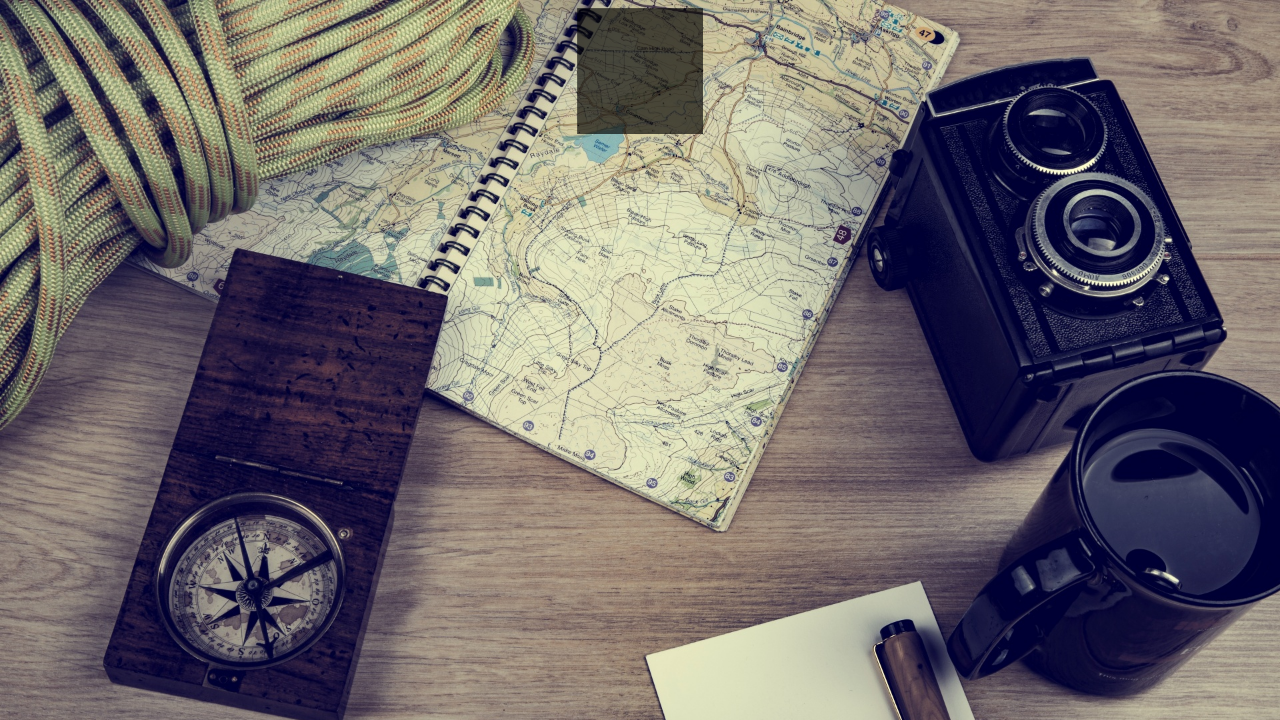
Repository: minkyung0421/jsp_travel_project
Page: http://localhost/Travel_Project/loginForm.jsp
These files come from the project's save history. The page is drawn as it stood at one moment and after the next save; the edit follows.
The browser window is 1280 px wide. The pictures show the whole page.
The page is served by Tomcat 9.

Above is the page before, as saved 2018-08-20 01:45:42.

After the next save:
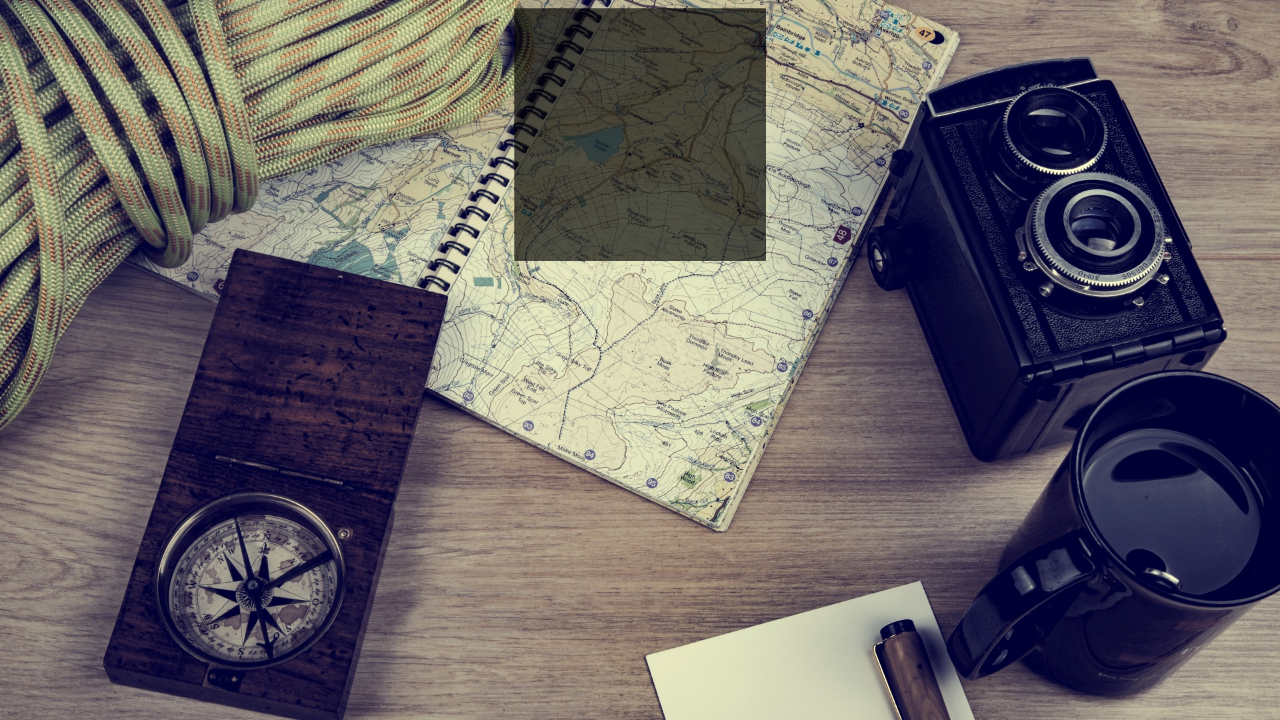
Saved 10 s later.
--- a/jsp_travel_project/Travel_Project/WebContent/loginForm.jsp
+++ b/jsp_travel_project/Travel_Project/WebContent/loginForm.jsp
@@ -15,7 +15,7 @@
 </style>
 <body>
 	<center>
-		<img src = "image/travel2_login.png" width="10%" height = "10%">
+		<img src = "image/travel2_login.png" width="20%" height = "20%">
 	</center>
 </body>
 </html>
